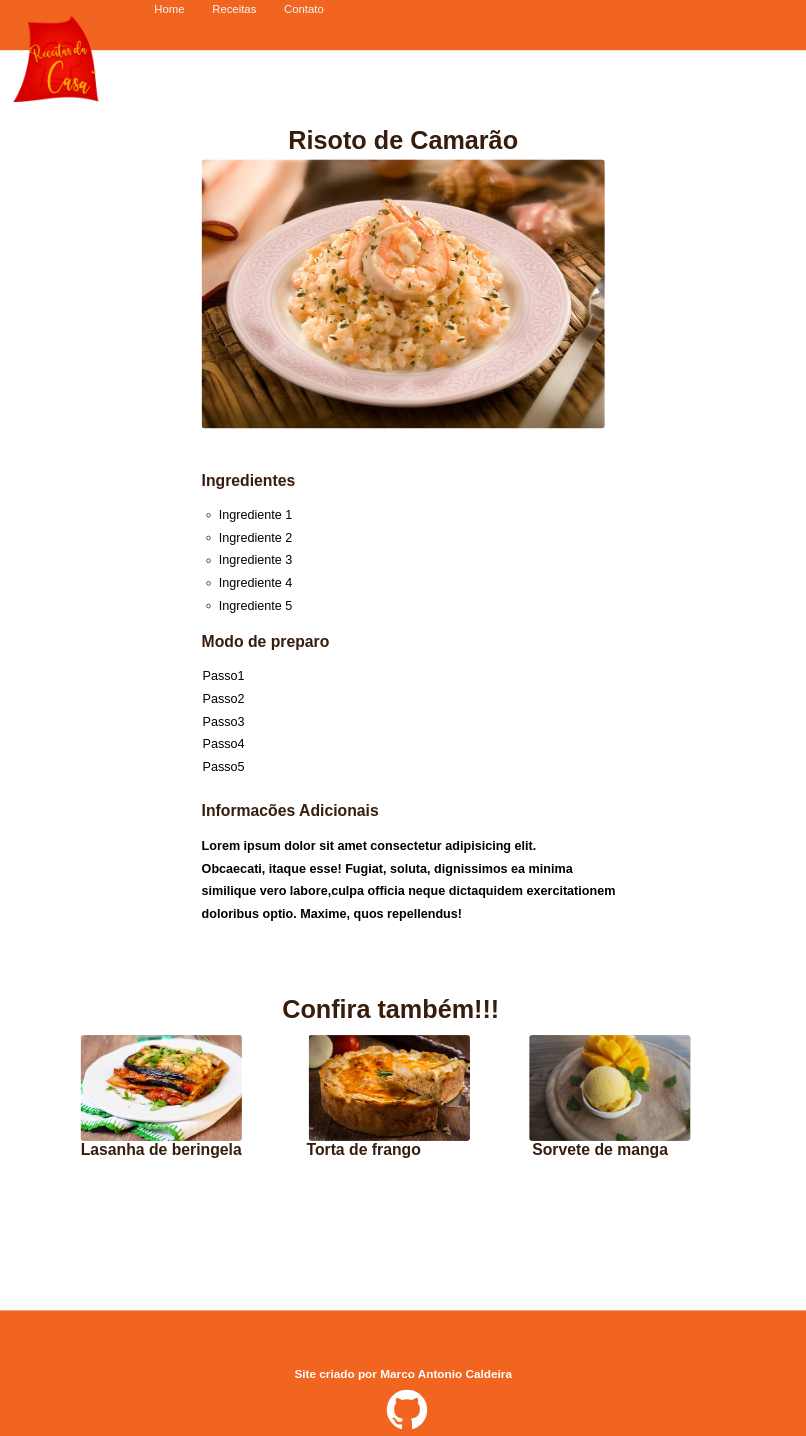
Repository: MarcoantonioCaldeira/Aprendizados-e-Conhecimentos
Page: Receitas da Casa/index.html
An editor plug-in stored every save of this project. The page is shown before and after the next save, followed by the edit.
The browser window is 1280 px wide. The pictures show the whole page, at 63% of full size.

Above is the page before, as saved 2022-05-31 12:51:13.

### Receitas da Casa/index.html
<!DOCTYPE html>
<html>
    <head>
    <meta charset="utf-8">
    <title>Receitas do Marco</title>
    <link rel="stylesheet" text="css" href="css/estilo.css">
    <link rel="stylesheet" text="css" href="css/fonts.css">
    <style>

    </style>
    </head>
    <body>
        <header id="topo">
            <img id="logo" src="imagens/logo.png">
            <li class="li-topo">
                <ul class="ul-topo" href="#">Home</ul>
                <ul class="ul-topo" href="#">Receitas</ul>
                <ul class="ul-topo" href="#">Contato</ul>
            </li>
        </header>
        <main id="corpo">
            <h1 class="titulo-receita">Risoto de Camarão</h1>
            <figure>
                <img class="img_receita" src="imagens/imagem_receita.jpg">
            </figure>
            <article>

                <h3 class="text_article">Ingredientes</h3>
                <ul class="text_ul">
                     <li>Ingrediente 1</li>
                     <li>Ingrediente 2</li>
                     <li>Ingrediente 3</li>
                     <li>Ingrediente 4</li>
                     <li>Ingrediente 5</li>
                </ul>

               <h3 class="text_article_2">Modo de preparo</h3>
               <li class="text_ul_2">
                   <ul>Passo1</ul>
                   <ul>Passo2</ul>
                   <ul>Passo3</ul>
                   <ul>Passo4</ul>
                   <ul>Passo5</ul>
               </li>

               <h3 class="text_article_3">Informacões Adicionais</h3>
               <h3 class="text">Lorem ipsum dolor sit amet consectetur adipisicing elit.<br>
                Obcaecati, itaque esse! Fugiat, soluta, dignissimos ea minima<br> similique vero
                labore,culpa officia neque dictaquidem exercitationem <br>doloribus optio. Maxime, quos
                repellendus!</h3>


               <h1 class="h1_informacoes">Confira também!!!</h1>
               <div id="outras_receitas">

                      <img class="img_receita1" src="imagens/lazanha_de_beringela.jpg">
                      <h3 class="h3_receita_1">Lasanha de beringela</h3>

                      <img class="img_receita2" src="imagens/torta_de_frango.jpg">
                      <h3 class="h3_receita_2">Torta de frango</h3>

                      <img class="img_receita3" src="imagens/sorvete-manga.jpg">
                      <h3 class="h3_receita_3">Sorvete de manga</h3>

               </div>

            </article>
        </main>
        <footer id="rodape">
            <div class="agradecimentos-rodape">
                <h3>Site criado por Marco Antonio Caldeira</h3>
                <a href="https://github.com/MarcoantonioCaldeira"><img class="logoGit" src="imagens/github_logo.png"></a>
            </div>
        </footer>
    </body>
</html>

### Receitas da Casa/css/estilo.css
* {
    margin: 0;
}

#topo{
  width: 100%;
  background-color:rgb(241, 101, 32);
  height: 80px;
}

#logo{
  width: 13%;


}

.titulo_logo{
  position: relative;
  font-family: arial;
  top: 20%;
  font-size:30px;
  color:white;
  left:-40%;
}

#corpo{
  width: 100%;
  height: 2000px;
  background-color: white;
}

.img_receita{
  position:relative;
  border-radius: 5px;
  margin-left: 25%;
  margin-top: 10%;
  width:50%;
}

#outras_receitas{
  width: 100%;
  height: 300px;
  background-color:white;
}

.img_receita1{
  position:relative;
  left:10%;
  top:6%;
  border-radius:5px;
  width:20%;
}

.img_receita2{
  position:relative;
  left: 18%;
  top:6%;
  border-radius:5px;
  width:20%;
}

.img_receita3{
  position:relative;
  left: 25%;
  top:6%;
  border-radius:5px;
  width:20%;
}


#rodape{
  background-color: rgb(241, 101, 32);
  width: 100%;
  height: 200px;
}

.agradecimentos-rodape{
  position: relative;
  top: 45%;
  color:white;
  font-family: arial;
  text-align: center;
}

.logoGit{
  position: absolute;
  width: 5%;
  left:48%;
  top: 35px;
}

### Receitas da Casa/css/fonts.css
h1{
  text-align: center;
}

.li-topo{
  position:relative;
  background-color: rgb(241, 101, 32);
  list-style: none;
  height: 40px;
  width: 30%;
  margin-left: 16%;
  margin-top: -13%;
}

.ul-topo{
  display: inline;
  font-family: arial;
  color:rgb(246, 246, 246);
  font-size:18px;
}

.titulo-receita{
  position: relative;
  font-size: 40px;
  font-family: arial;
  top:6%;
  color:rgb(55, 29, 13);
}

.text_article{
  position:absolute;
  display: inline;
  left:25%;
  margin-top: 5%;
  color:rgb(55, 29, 13);
  font-size: 25px;
  font-family: arial;
}

.text_ul{
  position:absolute;
  font-size: 20px;
  line-height: 1.8;
  list-style-type:circle;
  margin-top:9%;
  left:24%;
  display:inline-block;
  font-family: arial;
}

.text_article_2{
  position:absolute;
  display: inline;
  left:25%;
  margin-top: 25%;
  color:rgb(55, 29, 13);
  font-size: 25px;
  font-family: arial;
}

.text_ul_2{
  position:absolute;
  font-size: 20px;
  line-height: 1.8;
  list-style-type:circle;
  margin-top:29%;
  left:22%;
  display:inline-block;
  font-family: arial;
}

.text_article_3{
  position:absolute;
  display: inline;
  left:25%;
  margin-top: 46%;
  color:rgb(55, 29, 13);
  font-size: 25px;
  font-family: arial;
}

.text{
  position:absolute;
  font-size: 20px;
  line-height: 1.8;
  margin-top:50%;
  left:25%;
  display:inline-block;
  font-family: arial;
}

.h1_informacoes{
  position: relative;
  font-size: 40px;
  font-family: arial;
  left:35%;
  margin-top:70%;
  display:inline-block;
  color:rgb(55, 29, 13);
}

.h3_receita_1{
  position:absolute;
  font-family: arial;
  color:rgb(55, 29, 13);
  font-size: 25px;
  left: 10%;
  margin-top:1%;
}

.h3_receita_2{
  position:absolute;
  font-family: arial;
  color:rgb(55, 29, 13);
  left:38%;
  font-size: 25px;
  margin-top: 1%;
}

.h3_receita_3{
  position:absolute;
  font-family: arial;
  color:rgb(55, 29, 13);
  left:66%;
  font-size: 25px;
  margin-top: 1%;
}

After the next save:
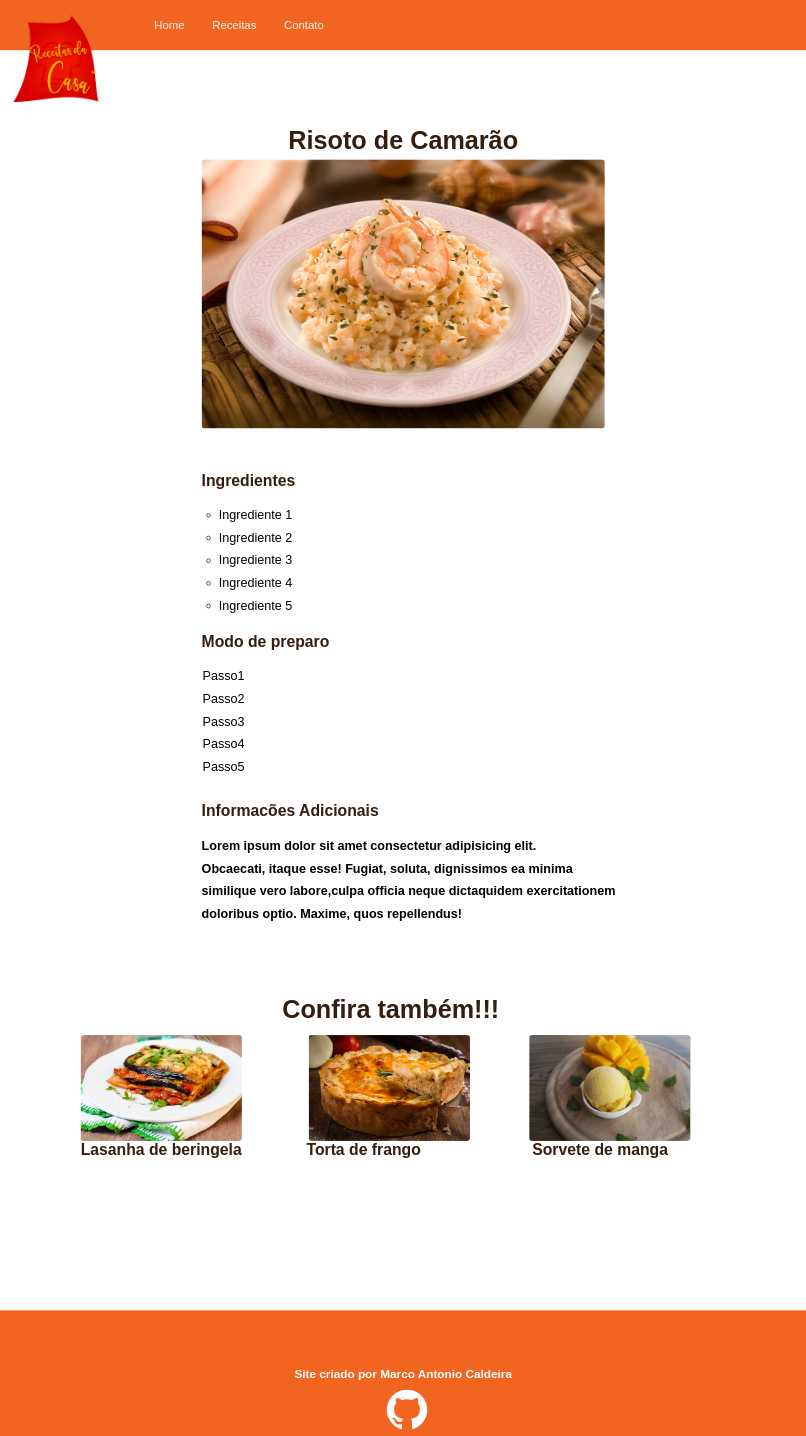
Saved 15 s later.
--- a/Receitas da Casa/css/fonts.css
+++ b/Receitas da Casa/css/fonts.css
@@ -9,7 +9,7 @@ h1{
   height: 40px;
   width: 30%;
   margin-left: 16%;
-  margin-top: -13%;
+  margin-top: -11%;
 }
 
 .ul-topo{
